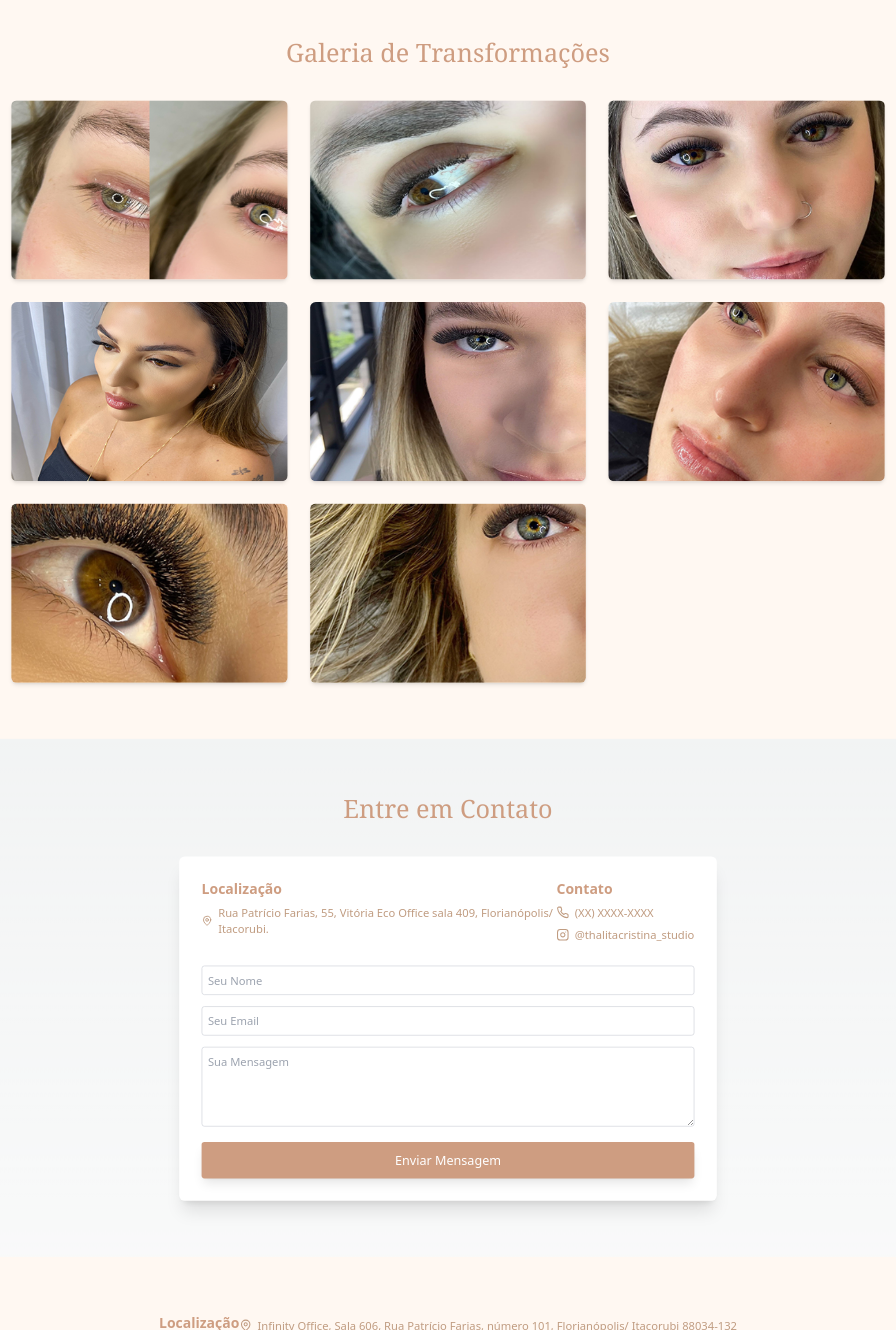
Repository: fhoinaski/thalitapage
Page: /
The author's editor kept a copy of each file at every save. The page is drawn from the files as they stood at one save, then again after the next save.
The browser window is 1280 px wide. The pictures show the part of the page from y = 2069 to 3969 px (the page is 6273 px tall before and 6321 px after), at 70% of full size.
Pictures or frames that could not be fetched are drawn as grey boxes. The project was rebuilt for these pictures with package versions that can differ from the ones it lists, and the page was loaded fresh each time. The framework's server and built-in components were replaced by stand-ins that run in the browser. Also part of the build but not shown: next.config.mjs.

Above is the page before, as saved 2024-07-01 09:24:28.

### src/app/layout.js
import { Inter } from "next/font/google";
import "./globals.css";

const inter = Inter({ subsets: ["latin"] });

export const metadata = {
  title: "THALITA CRISTINA STUDIO & ACADEMY",
  description: "Generated by create next app",
};

export default function RootLayout({ children }) {
  return (
    <html lang="pt-br">
      <body className={inter.className}>{children}</body>
    </html>
  );
}

### src/app/globals.css
@tailwind base;
@tailwind components;
@tailwind utilities;
@import 'leaflet/dist/leaflet.css';

:root {
  --foreground-rgb: 0, 0, 0;
  --background-start-rgb: 214, 219, 220;
  --background-end-rgb: 255, 255, 255;
}

@media (prefers-color-scheme: dark) {
  :root {
    --foreground-rgb: 255, 255, 255;
    --background-start-rgb: 0, 0, 0;
    --background-end-rgb: 0, 0, 0;
  }
}

body {
  color: rgb(var(--foreground-rgb));
  background: linear-gradient(
      to bottom,
      transparent,
      rgb(var(--background-end-rgb))
    )
    rgb(var(--background-start-rgb));
}

@layer utilities {
  .text-balance {
    text-wrap: balance;
  }
}
.debug-menu {
  border: 2px solid red !important;
}

@keyframes fadeIn {
  from { opacity: 0; }
  to { opacity: 1; }
}

@keyframes fadeInDown {
  from {
    opacity: 0;
    transform: translateY(-10px);
  }
  to {
    opacity: 1;
    transform: translateY(0);
  }
}

@keyframes fadeInUp {
  from {
    opacity: 0;
    transform: translateY(10px);
  }
  to {
    opacity: 1;
    transform: translateY(0);
  }
}

.animate-fade-in {
  animation: fadeIn 0.5s ease-out;
}

.animate-fade-in-down {
  animation: fadeInDown 0.5s ease-out;
}

.animate-fade-in-up {
  animation: fadeInUp 0.5s ease-out;
}

### src/components/loading.js
import React, { useState, useEffect } from 'react';

const colors = {
  primary: '#f8dbc5',
  secondary: '#CE9D81',
  terciary: '#333333',
  'text-white': '#fff8f2',
  text: '#C09C81',
  background: '#FFF8F2',
};

const loaderStyles = `
  @keyframes fadeIn {
    0% { opacity: 0; }
    100% { opacity: 1; }
  }

  @keyframes scaleUp {
    0% { transform: scale(0.8); }
    100% { transform: scale(1); }
  }

  @keyframes rotate {
    0% { transform: rotate(0deg); }
    100% { transform: rotate(360deg); }
  }

  .loader-container {
    position: fixed;
    top: 0;
    left: 0;
    width: 100vw;
    height: 100vh;
    display: flex;
    justify-content: center;
    align-items: center;
    background-color: ${colors.background};
    z-index: 9999;
  }

  .loader-content {
    text-align: center;
    animation: fadeIn 1s ease-out;
  }

  .loader-spinner {
    width: 60px;
    height: 60px;
    border: 5px solid ${colors.primary};
    border-top: 5px solid ${colors.secondary};
    border-radius: 50%;
    animation: rotate 1s linear infinite;
    margin: 0 auto 20px;
  }

  .loader-text {
    font-size: 24px;
    font-weight: bold;
    color: ${colors.terciary};
    animation: scaleUp 0.5s ease-out;
  }

  .loader-subtext {
    font-size: 18px;
    color: ${colors.text};
    margin-top: 10px;
    animation: scaleUp 0.5s ease-out 0.2s both;
  }
`;

const ElegantLoader = ({ onComplete }) => {
  const [visible, setVisible] = useState(true);

  useEffect(() => {
    const timer = setTimeout(() => {
      setVisible(false);
      if (onComplete) onComplete();
    }, 3000); // Loader durará 3 segundos

    return () => clearTimeout(timer);
  }, [onComplete]);

  if (!visible) return null;

  return (
    <>
      <style>{loaderStyles}</style>
      <div className="loader-container">
        <div className="loader-content">
          <div className="loader-spinner"></div>
          <div className="loader-text">THALITA CRISTINA</div>
          <div className="loader-subtext">STUDIO & ACADEMY</div>
        </div>
      </div>
    </>
  );
};

export default ElegantLoader;

### src/components/BackgroundVideo.js
'use client'

import React, { useRef, useEffect } from 'react';
import { motion, useScroll, useTransform } from 'framer-motion';

const BackgroundVideo = ({ videoSrc }) => {
  const videoRef = useRef(null);
  const { scrollY } = useScroll();
  const opacity = useTransform(scrollY, [0, 500], [1, 0.3]);

  useEffect(() => {
    if (videoRef.current) {
      videoRef.current.playbackRate = 0.75; // Adjust playback speed if desired
    }
  }, []);

  return (
    <motion.div
      style={{
        position: 'fixed',
        top: 0,
        left: 0,
        width: '100%',
        height: '100%',
        zIndex: -1,
        opacity,
      }}
    >
      <video
        ref={videoRef}
        autoPlay
        loop
        muted
        playsInline
        style={{
          width: '100%',
          height: '100%',
          objectFit: 'cover',
        }}
      >
        <source src={videoSrc} type="video/mp4" />
        Your browser does not support the video tag.
      </video>
    </motion.div>
  );
};

export default BackgroundVideo;

### src/components/AddresMap.js
import { useState, useEffect } from 'react';
import dynamic from 'next/dynamic';
import { motion } from "framer-motion";
import { MapPin } from "lucide-react";

const colors = {
  primary: "#f8dbc5",
  secondary: "#CE9D81",
  terciary: "#333333",
  "text-white": "#fff8f2",
  text: "#C09C81",
  background: "#FFF8F2",
  accent: "#CD853F",
};

const AddressMap = () => {
  const [Map, setMap] = useState(null);

  useEffect(() => {
    const loadMap = async () => {
      const L = await import('leaflet');
      const { MapContainer, TileLayer, Marker, Popup } = await import('react-leaflet');

      const customIcon = new L.Icon({
        iconUrl: "data:[embedded picture, 327 characters]",
        iconSize: [32, 32],
        iconAnchor: [16, 32],
        popupAnchor: [0, -32]
      });

      const position = [-27.574766, -48.510267]; // Latitude e Longitude para Florianópolis

      const MapComponent = () => (
        <MapContainer center={position} zoom={15} style={{ height: '400px', width: '100%' }}>
          <TileLayer url="https://{s}.tile.openstreetmap.org/{z}/{x}/{y}.png" />
          <Marker position={position} icon={customIcon}>
            <Popup>
              Infinity Office, Sala 606<br />
              Rua Patrício Farias, número 101<br />
              Itacorubi 88034-132
            </Popup>
          </Marker>
        </MapContainer>
      );

      setMap(() => MapComponent);
    };

    loadMap();
  }, []);

  return (
    <motion.section
      id="sobre"
      className="py-20"
      style={{ backgroundColor: colors.background }}
      initial={{ opacity: 0 }}
      whileInView={{ opacity: 1 }}
      transition={{ duration: 0.8 }}
      viewport={{ once: true }}
    >
      <div className="container mx-auto px-4">
        <div className="mb-6 md:mb-0 flex justify-center w-full ">
          <h3
            className="text-xl font-semibold mb-2"
            style={{ color: colors.secondary }}
          >
            Localização
          </h3>
          <p className="flex items-center " style={{ color: colors.text }}>
            <MapPin className="mr-2" size={18} />
            Infinity Office, Sala 606, Rua Patrício Farias, número 101,
            Florianópolis/ Itacorubi 88034-132
          </p>
        </div>
        <motion.div
          initial={{ y: 50, opacity: 0 }}
          whileInView={{ y: 0, opacity: 1 }}
          transition={{ duration: 0.8 }}
          viewport={{ once: true }}
          className="max-w-3xl mx-auto text-center"
        >
          <div
          className='z-0'
          style={{ height: '400px', width: '100%' }}>
            {Map && <Map />}
          </div>
        </motion.div>
      </div>
    </motion.section>
  );
};

export default AddressMap;

### tailwind.config.js
/** @type {import('tailwindcss').Config} */
module.exports = {
  content: [
    "./src/pages/**/*.{js,ts,jsx,tsx,mdx}",
    "./src/components/**/*.{js,ts,jsx,tsx,mdx}",
    "./src/app/**/*.{js,ts,jsx,tsx,mdx}",
  ],
  theme: {
    extend: {
      backgroundImage: {
        "gradient-radial": "radial-gradient(var(--tw-gradient-stops))",
        "gradient-conic":
          "conic-gradient(from 180deg at 50% 50%, var(--tw-gradient-stops))",
      },
      colors: {
        'desert-sand': {
          DEFAULT: '#e8c9b4',
          100: '#3f2513',
          200: '#7e4a27',
          300: '#be6f3a',
          400: '#d59c76',
          500: '#e8c9b4',
          600: '#edd4c4',
          700: '#f1dfd3',
          800: '#f6eae1',
          900: '#faf4f0'
        },
        'lion': {
          DEFAULT: '#c69877',
          100: '#2d1d13',
          200: '#593b25',
          300: '#865838',
          400: '#b2764b',
          500: '#c69877',
          600: '#d1ac92',
          700: '#ddc1ad',
          800: '#e8d6c8',
          900: '#f4eae4'
        },
        'chamoisee': {
          DEFAULT: '#a77753',
          100: '#211810',
          200: '#433021',
          300: '#644831',
          400: '#865f42',
          500: '#a77753',
          600: '#ba9274',
          700: '#ccad96',
          800: '#ddc9b9',
          900: '#eee4dc'
        }
      }
    },
  },
  plugins: [],
};

Loaded but not shown: src/app/page.js (756 lines, source omitted)

After the next save:
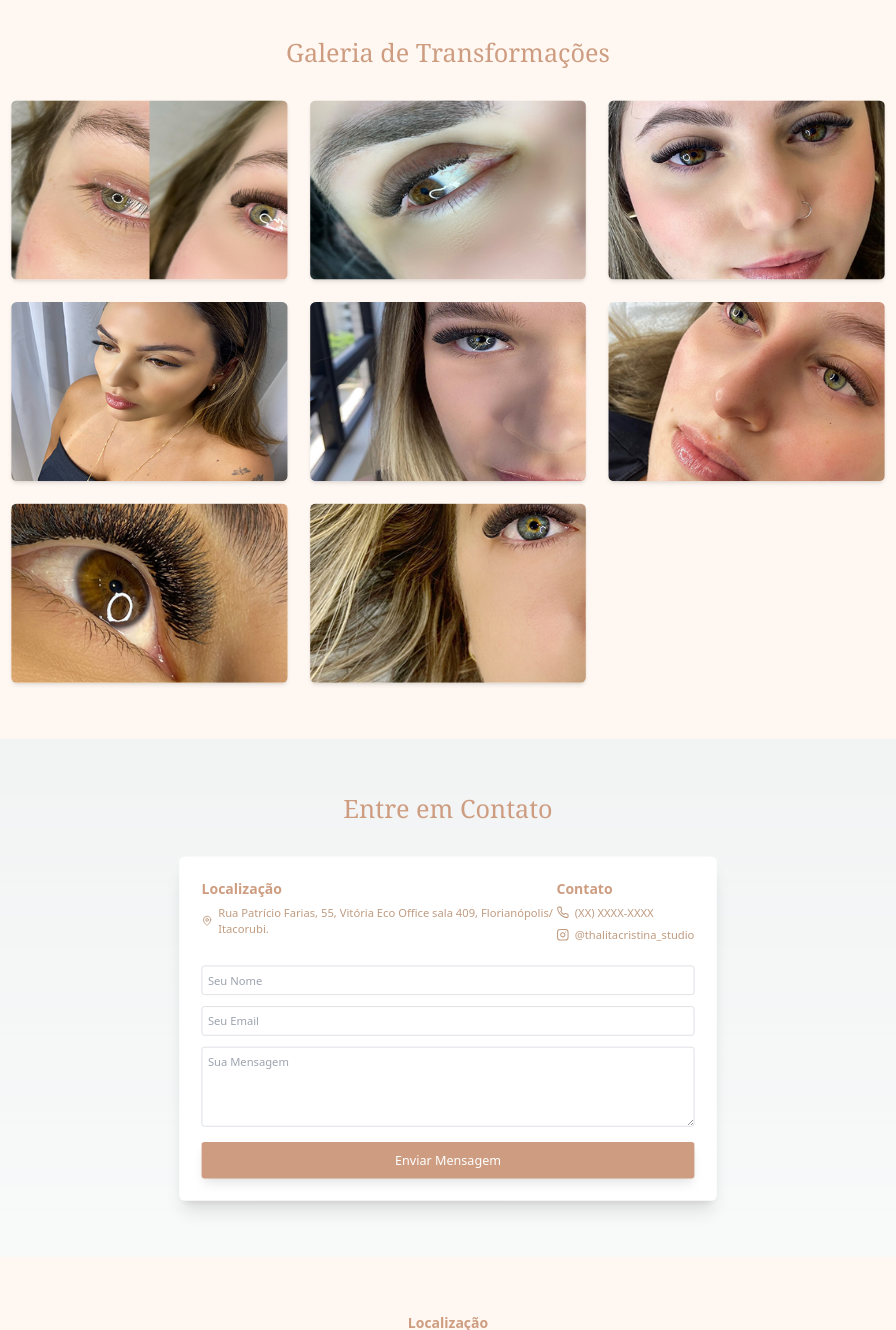
Saved 75 s later.
--- a/src/components/AddresMap.js
+++ b/src/components/AddresMap.js
@@ -52,7 +52,7 @@ const AddressMap = () => {
   return (
     <motion.section
       id="sobre"
-      className="py-20"
+      className="py-20 relative z-0" // Adicionado 'relative z-0'
       style={{ backgroundColor: colors.background }}
       initial={{ opacity: 0 }}
       whileInView={{ opacity: 1 }}
@@ -60,14 +60,14 @@ const AddressMap = () => {
       viewport={{ once: true }}
     >
       <div className="container mx-auto px-4">
-        <div className="mb-6 md:mb-0 flex justify-center w-full ">
+        <div className="mb-6 md:mb-0 flex flex-col items-center w-full">
           <h3
             className="text-xl font-semibold mb-2"
             style={{ color: colors.secondary }}
           >
             Localização
           </h3>
-          <p className="flex items-center " style={{ color: colors.text }}>
+          <p className="flex items-center text-center" style={{ color: colors.text }}>
             <MapPin className="mr-2" size={18} />
             Infinity Office, Sala 606, Rua Patrício Farias, número 101,
             Florianópolis/ Itacorubi 88034-132
@@ -78,11 +78,9 @@ const AddressMap = () => {
           whileInView={{ y: 0, opacity: 1 }}
           transition={{ duration: 0.8 }}
           viewport={{ once: true }}
-          className="max-w-3xl mx-auto text-center"
+          className="max-w-3xl mx-auto text-center mt-6"
         >
-          <div
-          className='z-0'
-          style={{ height: '400px', width: '100%' }}>
+          <div style={{ height: '400px', width: '100%' }}>
             {Map && <Map />}
           </div>
         </motion.div>
